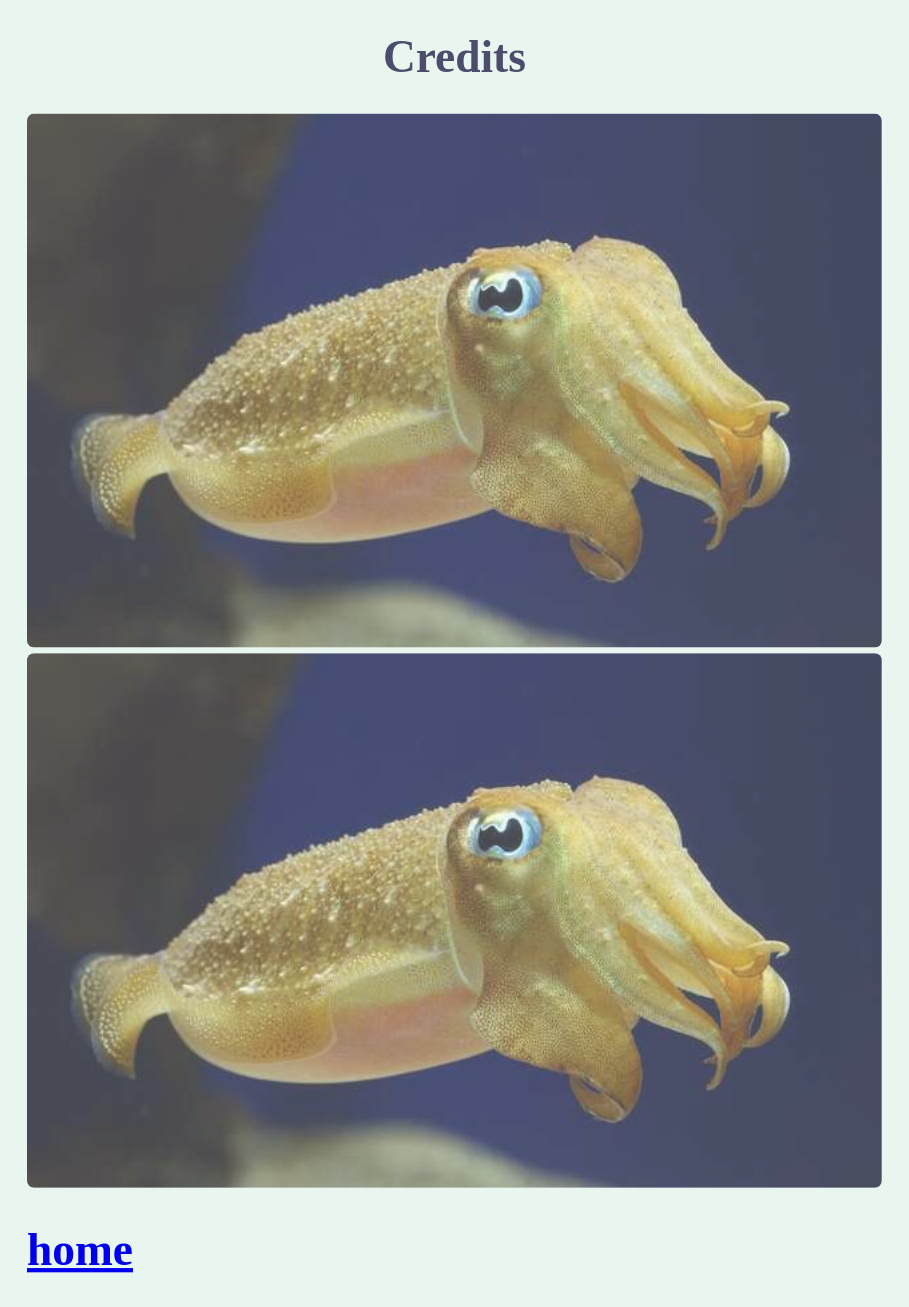
Repository: neomort/comm-lab-vid-site
Page: credits.html
The author's editor kept a copy of each file at every save. The page is drawn from the files as they stood at one save, then again after the next save.
The browser window is 1280 px wide. The pictures show the whole page, at 71% of full size.

Above is the page before, as saved 2021-09-23 16:20:06.

After the next save:
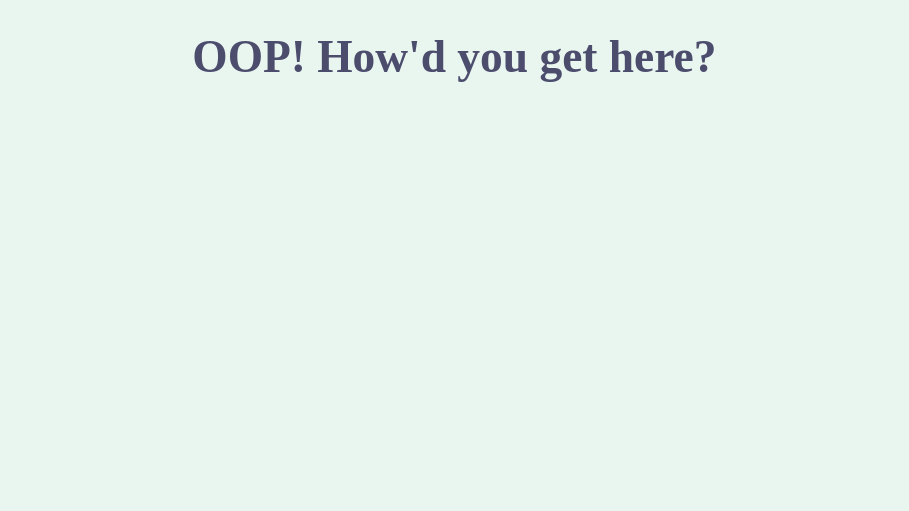
Saved 88 s later.
--- a/credits.html
+++ b/credits.html
@@ -8,25 +8,8 @@
 
 <body class="bg-2">
   <div >
-    <h1 class="header-text text-dark font">Credits<h1>
-    <div class="default-margin">
-      <div class="row">
-        <a class="bar" href="watch.html">
-         <div class="container bar">
-          <img class="image-1" src="images/cuddle.jpg" />
-          <H1 class="font centered-text text-light show">Watch</H1>
-        </div>
-      </a>
-      </div>
-      <div class="row">
-      <a class="bar" href="links.html">
-        <div class="container">
-          <img class="image-1" src="images/cuddle.jpg" />
-          <H1 class="font centered-text text-light show">Explore</H1>
-        </div>
-      </a>
-      </div>
-    <a href="index.html"><h1>home</h1></a>
+    <h1 class="header-text text-dark font">OOP! How'd you get here?<h1>
+
   </div>
   </div>
 </body>
